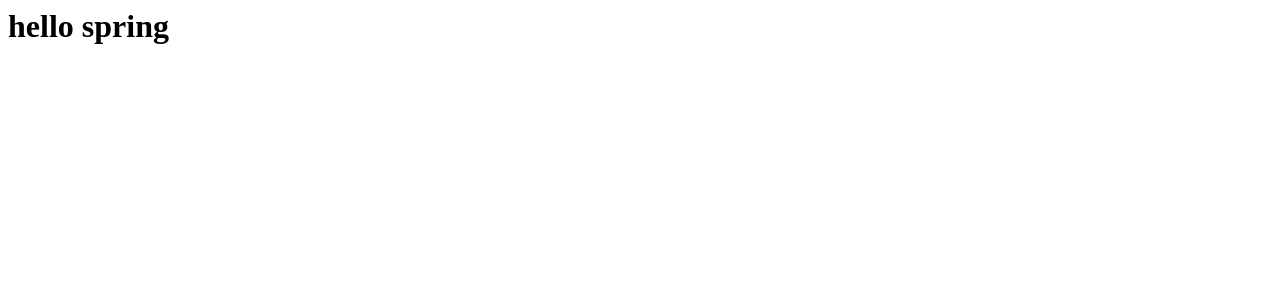
Repository: VanAnh1989/SpringAngular
Page: SpringBoot/src/main/resources/static/index.html
An editor plug-in stored every save of this project. The page is shown before and after the next save, followed by the edit.
The browser window is 1280 px wide. The pictures show the whole page.

Above is the page before, as saved 2017-12-07 11:10:13.

### SpringBoot/src/main/resources/static/index.html
<html>
<head>


</head>
<body>
	<h1>hello spring</h1>
</body>

</html>

After the next save:
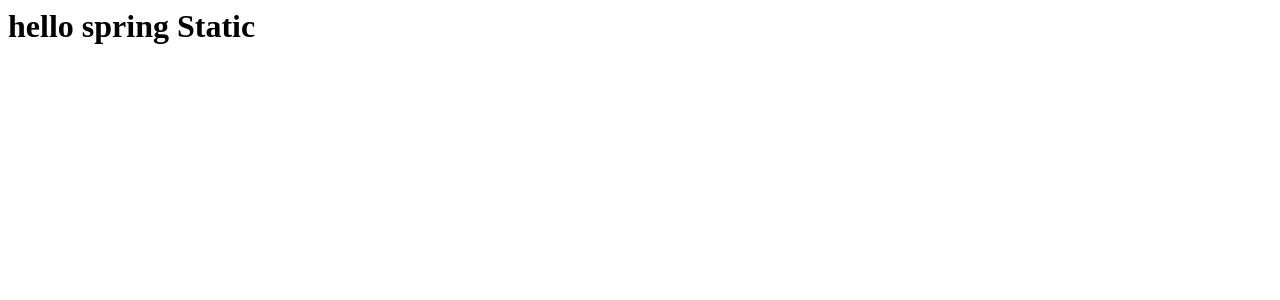
Saved 2 min 39 s later.
--- a/SpringBoot/src/main/resources/static/index.html
+++ b/SpringBoot/src/main/resources/static/index.html
@@ -4,7 +4,7 @@
 
 </head>
 <body>
-	<h1>hello spring</h1>
+	<h1>hello spring Static</h1>
 </body>
 
 </html>
